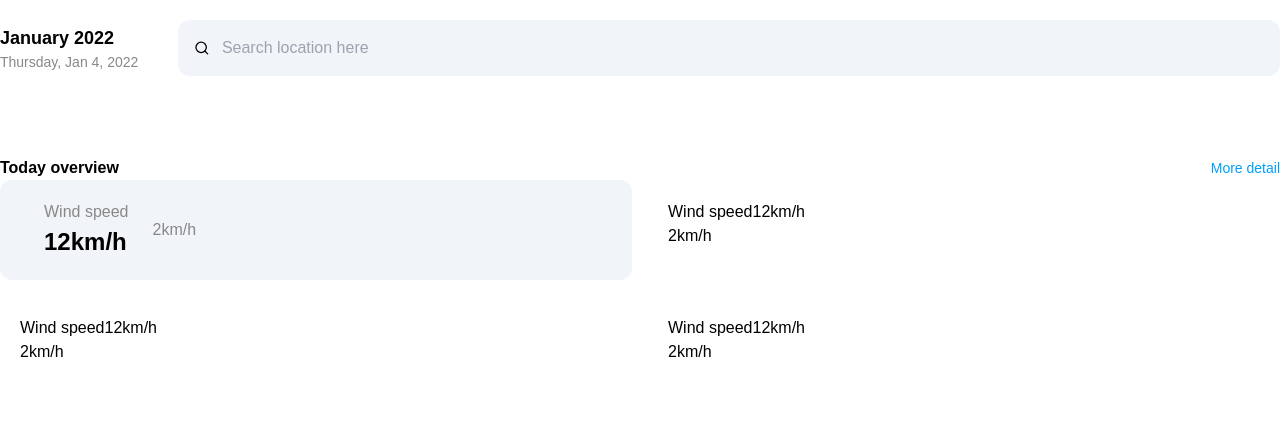
Repository: theweirdboiz/datawarehouse-ui
Page: /
An editor plug-in stored every save of this project. The page is shown before and after the next save, followed by the edit.
The browser window is 1280 px wide. The pictures show the whole page.
The project was rebuilt for these pictures with package versions that can differ from the ones it lists, and the page was loaded fresh each time. Also part of the build but not shown: vite.config.js.

Above is the page before, as saved 2022-11-23 16:29:33.

### index.html
<!DOCTYPE html>
<html lang="en">
  <head>
    <meta charset="UTF-8" />
    <link rel="icon" type="image/svg+xml" href="/vite.svg" />
    <meta name="viewport" content="width=device-width, initial-scale=1.0" />
    <title>Weather - Datawarehouse</title>
  </head>
  <body>
    <div id="root"></div>
    <script type="module" src="/src/main.jsx"></script>
  </body>
</html>

### src/App.jsx
import { useState } from "react";
import { FiSearch } from "react-icons/fi";

function App() {
  const date = "font-[900] text-lg";
  const detailDate = "text-sm text-[#888]";

  const contentTop = "mt-[20px] flex items-center gap-x-10 mb-20";
  const contentSearch =
    "content__search p-4 flex items-center gap-x-3 flex-1 rounded-xl bg-slate-100";

  return (
    <div className="container mx-auto">
      <div className="">
        <section className="content">
          <div className={contentTop}>
            <div className="flex-col">
              <h3 className={date}>January 2022</h3>
              <div className={detailDate}>Thursday, Jan 4, 2022</div>
            </div>
            <div className={contentSearch}>
              <FiSearch />
              <input
                className="w-full bg-transparent"
                type="text"
                placeholder="Search location here"
              />
            </div>
          </div>
          <div className="content__detail">
            <div className="flex items-center justify-between">
              <h4 className="font-semibold">Today overview</h4>
              <div className="">
                <button className="text-sm font-medium text-[#009EFF]">
                  More detail
                </button>
              </div>
            </div>
            <div>
              <div className="content__detail-box grid grid-cols-2 gap-4">
                <div className="content__detail-item p-5 flex items-center gap-x-6 bg-slate-100 rounded-xl">
                  <i></i>
                  <div className="speed flex flex-col">
                    <h4 className="text-[#888]">Wind speed</h4>
                    <span className="text-[24px] font-semibold">12km/h</span>
                  </div>
                  <span className="text-[#888]">2km/h</span>
                </div>
                <div className="content__detail-item p-5">
                  <i></i>
                  <div className="speed">
                    Wind speed
                    <span>12km/h</span>
                  </div>
                  <span>2km/h</span>
                </div>
                <div className="content__detail-item p-5">
                  <i></i>
                  <div className="speed">
                    Wind speed
                    <span>12km/h</span>
                  </div>
                  <span>2km/h</span>
                </div>
                <div className="content__detail-item p-5">
                  <i></i>
                  <div className="speed">
                    Wind speed
                    <span>12km/h</span>
                  </div>
                  <span>2km/h</span>
                </div>
              </div>
            </div>
          </div>
        </section>
      </div>
    </div>
  );
}

export default App;

### src/index.scss
@tailwind base;
@tailwind components;
@tailwind utilities;

@layer base {
  @import url("https://fonts.googleapis.com/css2?family=Poppins:wght@300;500;600;900&display=swap");

  *,
  *::before,
  *::after {
    box-sizing: border-box;
  }
  * {
    margin: 0;
    padding: 0;
  }
  body {
    line-height: 1.5;
    font-family: "Poppins", sans-serif;
  }
  img,
  picture,
  video,
  canvas,
  svg {
    display: block;
    max-width: 100%;
  }
  input,
  button,
  textarea,
  select {
    outline: none;
  }
  p,
  h1,
  h2,
  h3,
  h4,
  h5,
  h6 {
    overflow-wrap: break-word;
  }
}

Loaded but not shown: src/main.jsx (common file); tailwind.config.cjs (common file)

After the next save:
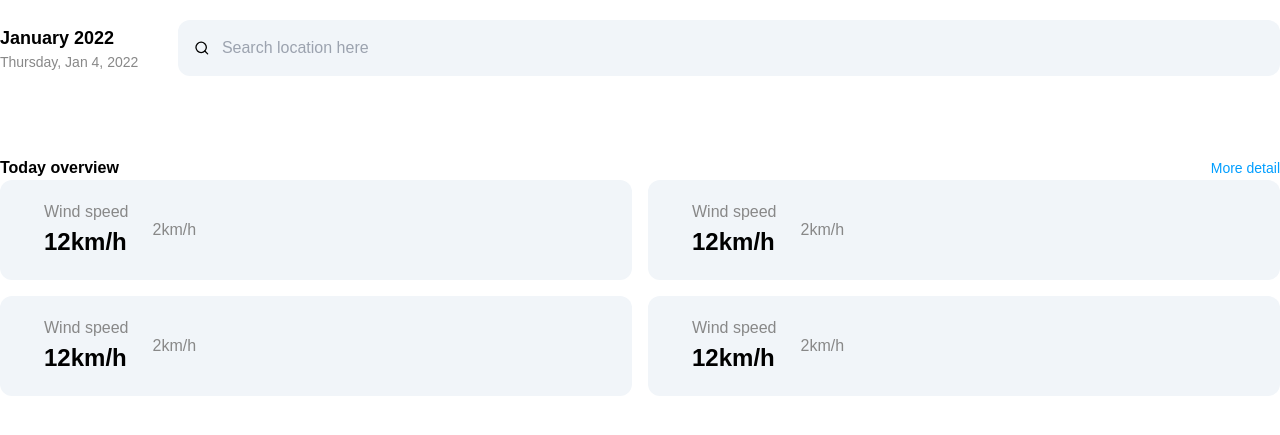
Saved 35 s later.
--- a/src/App.jsx
+++ b/src/App.jsx
@@ -46,29 +46,29 @@ function App() {
                   </div>
                   <span className="text-[#888]">2km/h</span>
                 </div>
-                <div className="content__detail-item p-5">
+                <div className="content__detail-item p-5 flex items-center gap-x-6 bg-slate-100 rounded-xl">
                   <i></i>
-                  <div className="speed">
-                    Wind speed
-                    <span>12km/h</span>
+                  <div className="speed flex flex-col">
+                    <h4 className="text-[#888]">Wind speed</h4>
+                    <span className="text-[24px] font-semibold">12km/h</span>
                   </div>
-                  <span>2km/h</span>
+                  <span className="text-[#888]">2km/h</span>
                 </div>
-                <div className="content__detail-item p-5">
+                <div className="content__detail-item p-5 flex items-center gap-x-6 bg-slate-100 rounded-xl">
                   <i></i>
-                  <div className="speed">
-                    Wind speed
-                    <span>12km/h</span>
+                  <div className="speed flex flex-col">
+                    <h4 className="text-[#888]">Wind speed</h4>
+                    <span className="text-[24px] font-semibold">12km/h</span>
                   </div>
-                  <span>2km/h</span>
+                  <span className="text-[#888]">2km/h</span>
                 </div>
-                <div className="content__detail-item p-5">
+                <div className="content__detail-item p-5 flex items-center gap-x-6 bg-slate-100 rounded-xl">
                   <i></i>
-                  <div className="speed">
-                    Wind speed
-                    <span>12km/h</span>
+                  <div className="speed flex flex-col">
+                    <h4 className="text-[#888]">Wind speed</h4>
+                    <span className="text-[24px] font-semibold">12km/h</span>
                   </div>
-                  <span>2km/h</span>
+                  <span className="text-[#888]">2km/h</span>
                 </div>
               </div>
             </div>
